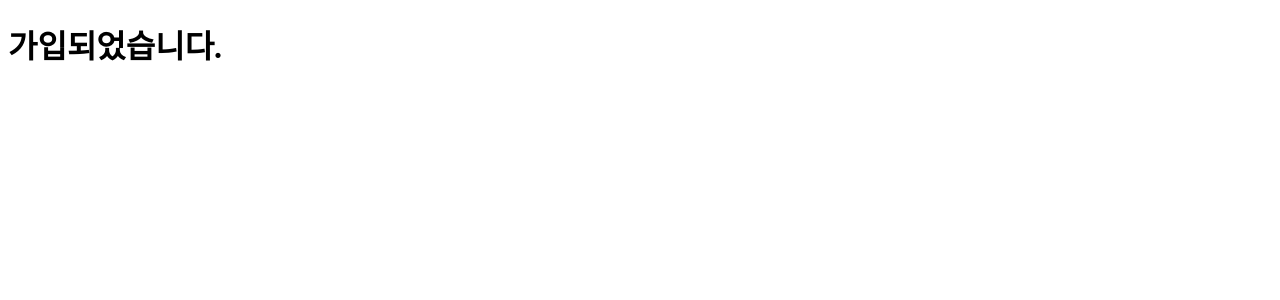
Repository: yangchunsick/JSPstudy
Page: http://localhost/ServerProgram/views/joinsuccess.jsp
The author's editor kept a copy of each file at every save. The page is drawn from the files as they stood at one save, then again after the next save.
The browser window is 1280 px wide. The pictures show the whole page.
The page is served by Tomcat 9.

Above is the page before, as saved 2021-11-16 07:36:42.

After the next save:
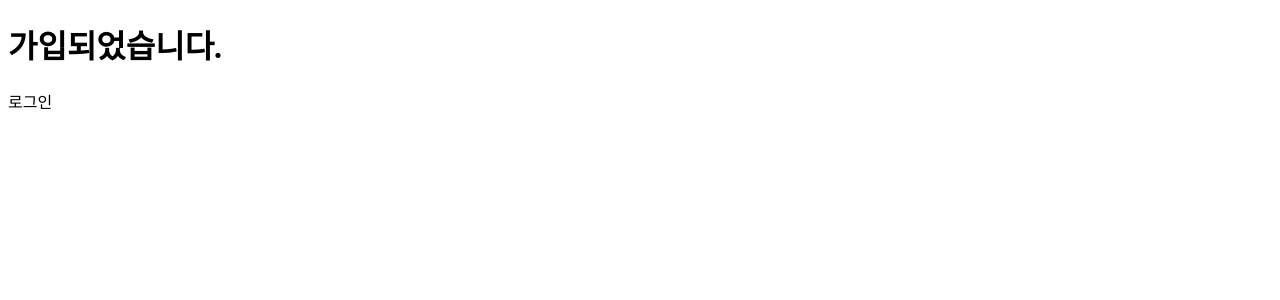
Saved 4 s later.
--- a/worksapce/ServerProgram/WebContent/views/joinsuccess.jsp
+++ b/worksapce/ServerProgram/WebContent/views/joinsuccess.jsp
@@ -8,5 +8,6 @@
 </head>
 <body>
 <h1>가입되었습니다.</h1>
+<a>로그인</a>
 </body>
 </html>
